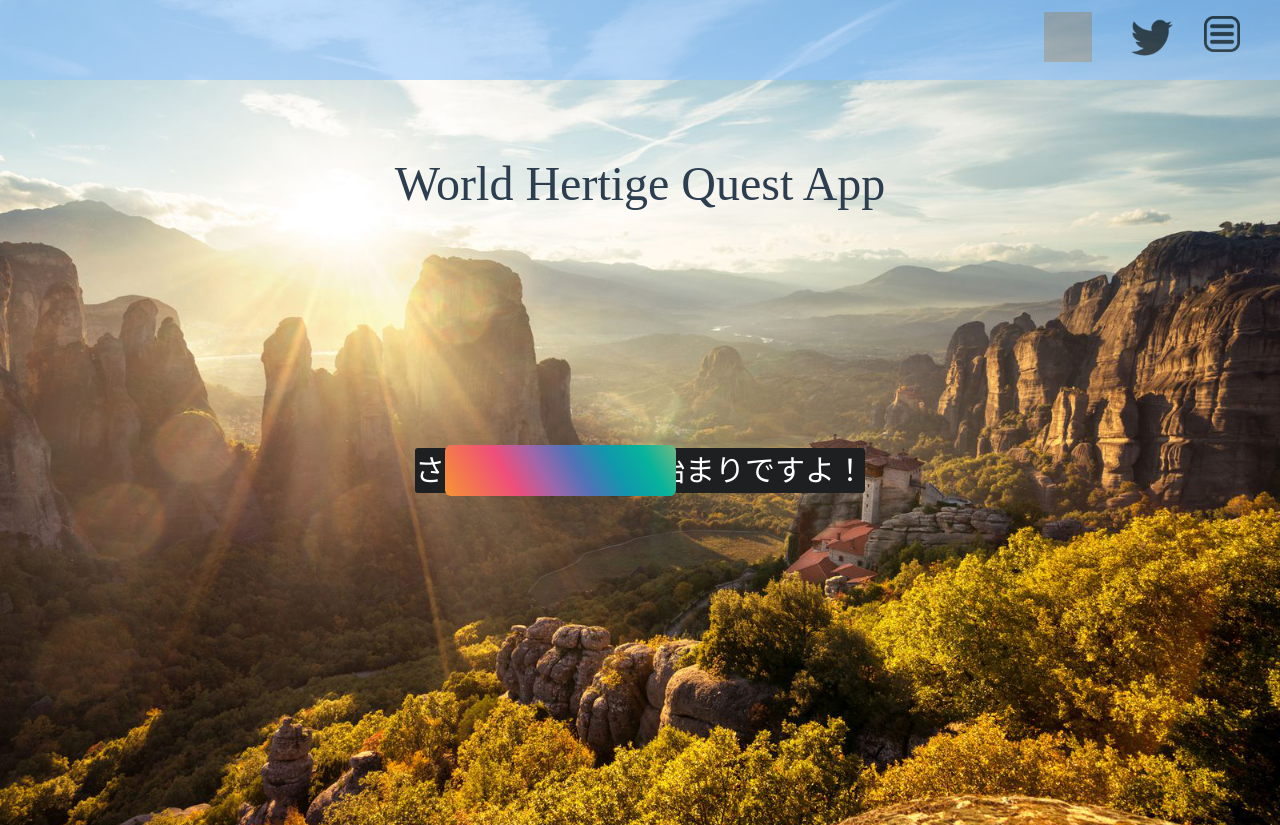
Repository: hashiz008/World-Heritage-Travel-App
Page: /
An editor plug-in stored every save of this project. The page is shown before and after the next save, followed by the edit.
The browser window is 1280 px wide. The pictures show the whole page.
Pictures or frames that could not be fetched are drawn as grey boxes. Some web fonts or font styles are not loaded; a fallback is used. The project was rebuilt for these pictures with package versions that can differ from the ones it lists, and the page was loaded fresh each time. Also part of the build but not shown: vue.config.js.

Above is the page before, as saved 2022-01-25 11:31:50.

### src/App.vue
<template>
    <div id="nav"></div>
    <router-view />
</template>

<style>
#app {
    font-family: Avenir, Helvetica, Arial, sans-serif;
    -webkit-font-smoothing: antialiased;
    -moz-osx-font-smoothing: grayscale;
    text-align: center;
    color: #2c3e50;
}

#nav {
    padding: 30px;
}

#nav a {
    font-weight: bold;
    color: #2c3e50;
}

#nav a.router-link-exact-active {
    color: #42b983;
}
</style>

### src/router/index.ts
import { createRouter, createWebHistory, RouteRecordRaw } from 'vue-router'
import TopPage from '../views/TopPage.vue'

const routes: Array<RouteRecordRaw> = [
  {
    path: '/',
    name: 'TopPage',
    component: TopPage
  },
  {
    path: '/mainPage',
    name: 'MainPage',
    // route level code-splitting
    // this generates a separate chunk (about.[hash].js) for this route
    // which is lazy-loaded when the route is visited.
    component: () => import(/* webpackChunkName: "about" */ '../views/MainPage.vue')
  }
]

const router = createRouter({
  history: createWebHistory(process.env.BASE_URL),
  routes
})

export default router

### src/views/TopPage.vue
<template>
    <div class="backImgDiv">
        <div class="backImg">
            <div class="menu bg-blue-300 opacity-60 pr-10 flex justify-end">
                <input id="nav-input" type="checkbox" class="input invisible" />
                <div
                    class="rounded-full hover:bg-blue-100 hover:opacity-80 w-14 h-14 mt-1 mr-7 pt-2 pl-2"
                >
                    <a href="https://github.com/hashiz008"
                        ><img
                            class="cursor-pointer githubIcon"
                            src="../img//githubIcon.png"
                            alt="githubIcon"
                    /></a>
                </div>
                <div
                    class="rounded-full hover:bg-blue-100 hover:opacity-80 w-14 h-14 mr-7 mt-1 pt-2 pl-2"
                >
                    <a href="https://twitter.com/hashiz008"
                        ><img
                            class="cursor-pointer twitterIcon"
                            src="../img//twitterIcon2.png"
                            alt="twitter"
                    /></a>
                </div>
                <label for="nav-input"
                    ><img
                        class="cursor-pointer mt-4 w-9 h-9"
                        src="../img/menuIcon.png"
                        alt="menuIcon"
                /></label>
                <div class="detail pt-10 text-white">
                    <h2 class="text-4xl">世界遺産探検アプリの紹介</h2>
                    <p class="pt-5 text-2xl">
                        このアプリは好きな数字を入力してshowボタンを押すと世界遺産の画像と名前、国名が表示されます。
                    </p>
                    <p class="pt-5 text-2xl">
                        また,それと連動してGoogleMapにピンポイントでその遺産がある場所にMarkerされます。そしてダウンロードボタンを押すと画像がダウンロードされます。
                    </p>
                    <ul class="pt-5">
                        <li class="text-2xl">ヨーロッパ編: 0~10</li>
                        <li class="text-2xl">アメリカ編: 11~20</li>
                        <li class="text-2xl">アジア編: 21~30</li>
                    </ul>
                    <p class="text-2xl pt-3">
                        いずれデータを追加する予定です。
                    </p>
                </div>
            </div>
            <div class="titleDiv flex justify-center pt-40">
                <h1 class="title text-5xl">World Hertige Quest App</h1>
            </div>
            <div class="startBtn startBtns flex justify-center">
                <!-- <router-link
                    class="shadow-2xl text-white hover:opacity-70 hover:border-blue-800 hover:bg-blue-600 rounded-full py-2 px-4 border-2 border-blue-500"
                    to="/mainPage"
                    >さあ、世界の旅の始まりですよ！</router-link
                > -->
                <router-link class="router shadow-2xl text-white" to="/mainPage"
                    >さあ、世界の旅の始まりですよ！</router-link
                >
            </div>
        </div>
    </div>
</template>

<script>
// @ is an alias to /src
export default {
    name: "Home",
};
</script>

<style scoped="lang">
@import url("https://fonts.googleapis.com/css2?family=M+PLUS+2:wght@700&family=Playfair+Display:wght@500&display=swap");
@import url("https://fonts.googleapis.com/css?family=Raleway:200");
.backImgDiv {
    margin-top: -60px;
}
.backImg {
    background-image: url("../assets/startPage.png");
    background-repeat: no-repeat;
    background-size: cover;
    background-position: center center;
    width: 100%;
    height: 825px;
}
.menu {
    position: fixed;
    width: 100%;
    height: 80px;
}
.detail {
    width: 100%;
    height: 100%;
    position: fixed;
    left: 0;
    margin-top: 80px;
    display: none;
    background-color: #112129;
    animation: detail 2s;
}
@keyframes detail {
    0% {
        transform-origin: bottom;
        transform: scaleY(0);
    }
}
#nav-input:hover ~ .detail {
    display: block;
}
#input:hover ~ .titleDiv {
    display: none;
}
.titleDiv {
    animation: title 2s;
}
@keyframes title {
    0% {
        transform: rotate(0deg);
    }
    100% {
        transform: rotate(360deg);
    }
}
.title {
    font-family: "Libre Baskerville", serif;
}
.githubIcon {
    width: 50px;
    height: 50px;
}
.twitterIcon {
    width: 50px;
    height: 50px;
}
.startBtn {
    font-size: 30px;
    margin-top: 15rem;
}
.router {
    --borderWidth: 3px;
    background: #1d1f20;
    position: absolute;
     border-radius: var(--borderWidth);
}
.router:after {
    content: "";
    position: absolute;
    top: calc(-1 * var(--borderWidth));
    left: calc(10 * var(--borderWidth));
    height: calc(100% + var(--borderWidth) * 2);
    width: calc(50% + var(--borderWidth) * 2);
    background: linear-gradient(
        60deg,
        #f79533,
        #f37055,
        #ef4e7b,
        #a166ab,
        #5073b8,
        #1098ad,
        #07b39b,
        #6fba82
    );
    border-radius: calc(2 * var(--borderWidth));
    z-index: 1;
    animation: animatedgradient 3s ease alternate infinite;
    /* background-size: 300% 300%; */
}

@keyframes animatedgradient {
    0% {
        background-position: 0% 50%;
    }
    50% {
        background-position: 100% 50%;
    }
    100% {
        background-position: 0% 50%;
    }
}
</style>

Loaded but not shown: src/main.ts (common file); src/index.css (common file); tailwind.config.js (common file)

After the next save:
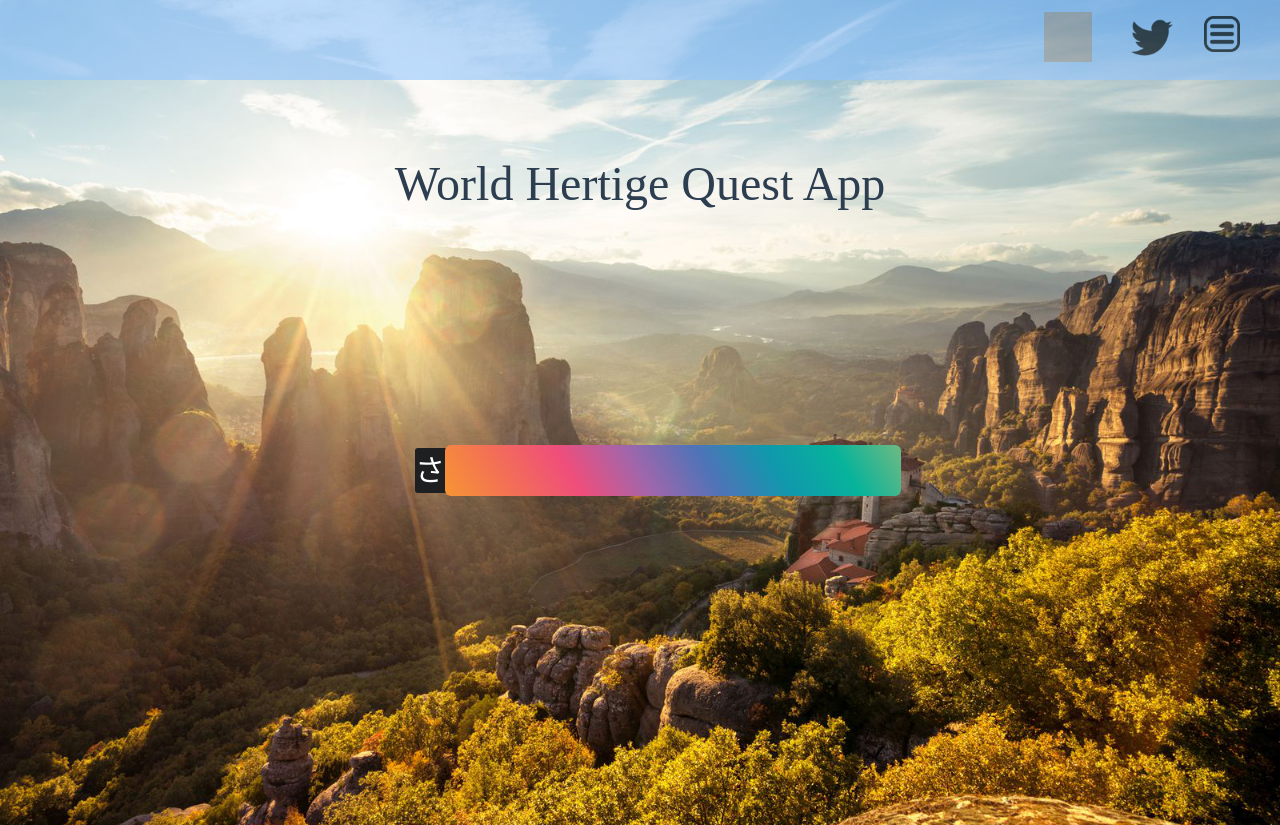
Saved 4 s later.
--- a/src/views/TopPage.vue
+++ b/src/views/TopPage.vue
@@ -150,7 +150,7 @@ export default {
     top: calc(-1 * var(--borderWidth));
     left: calc(10 * var(--borderWidth));
     height: calc(100% + var(--borderWidth) * 2);
-    width: calc(50% + var(--borderWidth) * 2);
+    width: calc(100% + var(--borderWidth) * 2);
     background: linear-gradient(
         60deg,
         #f79533,
